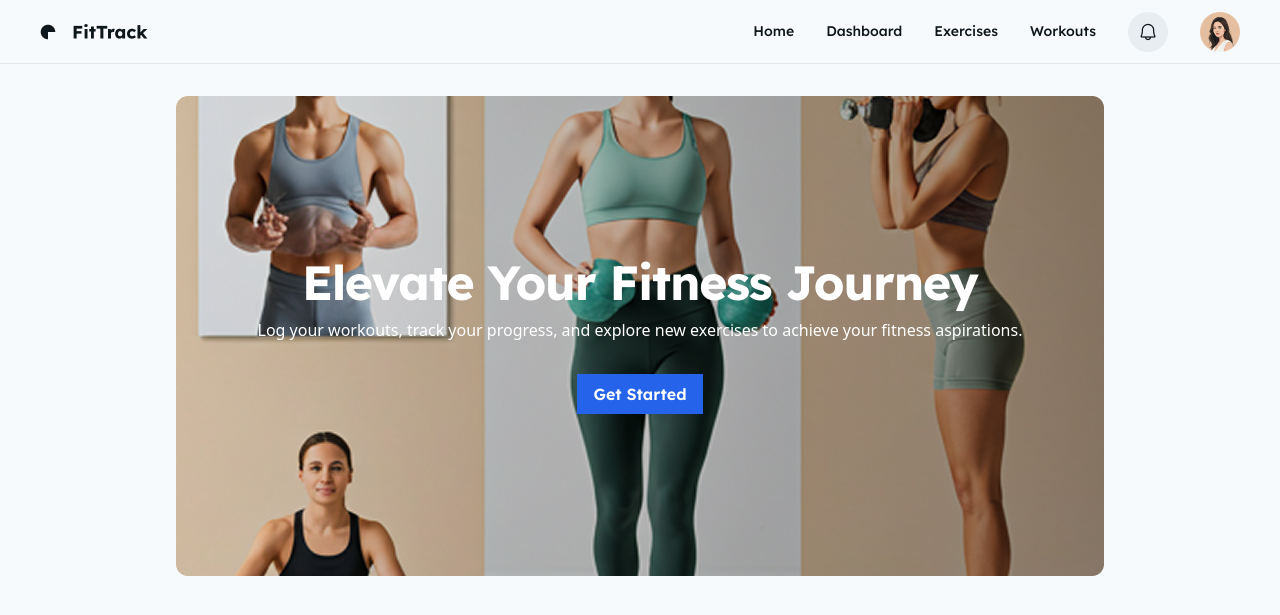
Repository: Emy-gold/fitness-tracking-platform
Page: /
These files come from the project's save history. The page is drawn as it stood at one moment and after the next save; the edit follows.
The browser window is 1280 px wide. The pictures show the whole page.
The project was rebuilt for these pictures with package versions that can differ from the ones it lists, and the page was loaded fresh each time. Also part of the build but not shown: vite.config.js, src/Pages/Dashboard.jsx, src/Pages/Exercises.jsx, src/Pages/Workouts.jsx, src/components/Footer.jsx.

Above is the page before, as saved 2025-08-24 22:39:12.

After the next save:
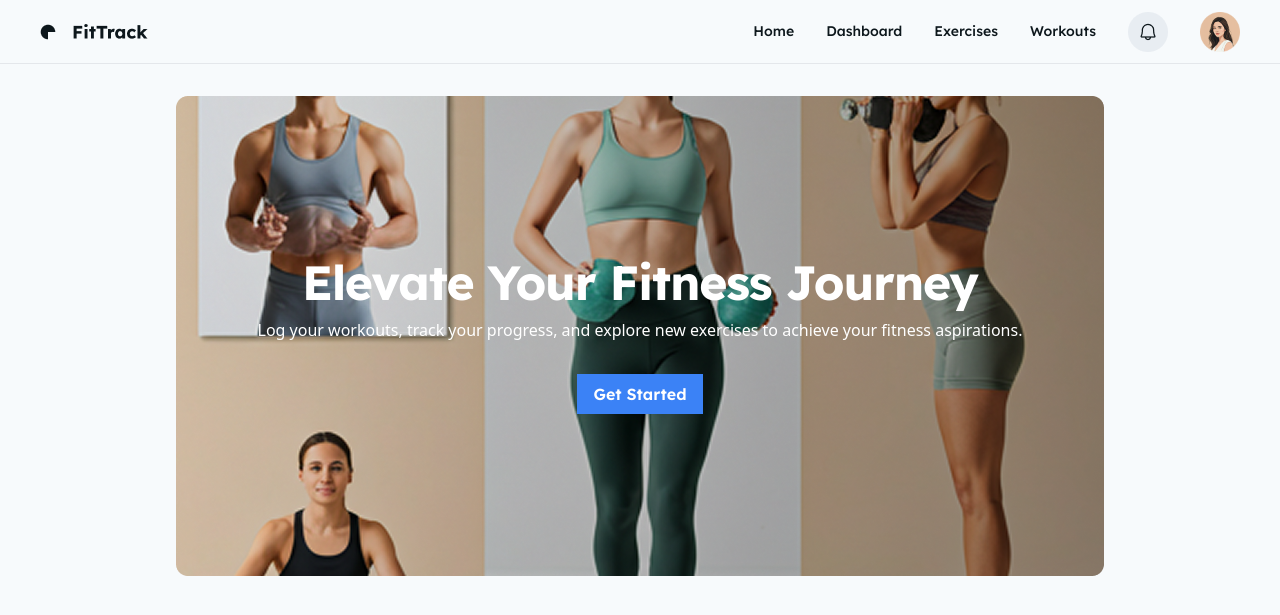
Saved 23 s later.
--- a/src/Pages/Home.jsx
+++ b/src/Pages/Home.jsx
@@ -11,7 +11,7 @@ function Home() {
                     <div className="absolute inset-0 flex flex-col justify-center text-center text-white">
                         <h1 className='text-5xl font-lexend font-bold mb-3 tracking-tight '>Elevate Your Fitness Journey</h1>
                         <p className=''>Log your workouts, track your progress, and explore new exercises to achieve your fitness aspirations.</p>
-                        <button type="submit" className='mt-8 mx-auto bg-blue-600 py-2 px-4 font-lexend font-semibold'>Get Started</button>
+                        <button type="submit" className='mt-8 mx-auto bg-blue-500 py-2 px-4 font-lexend font-semibold'>Get Started</button>
                     </div>
 
                 </section >
